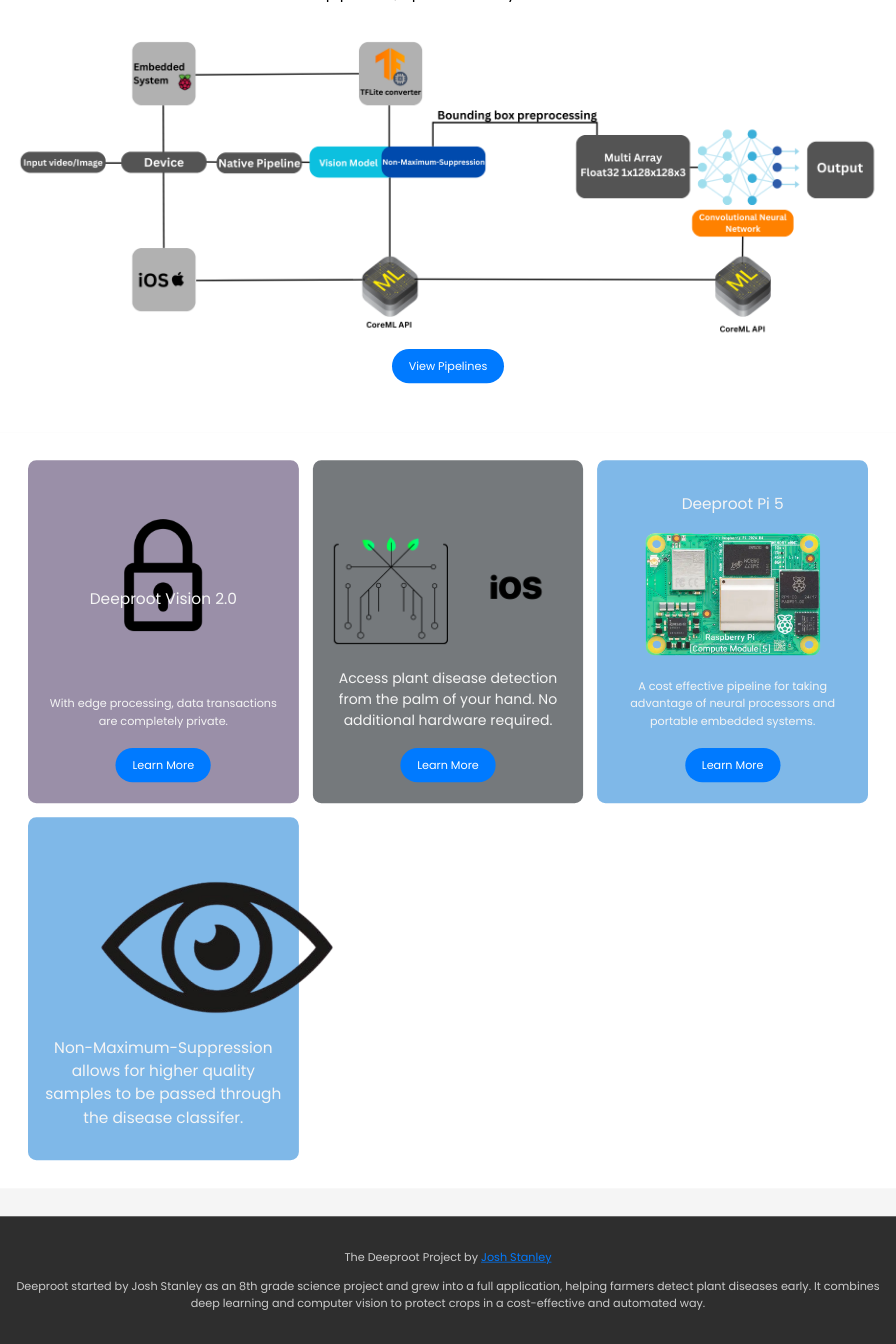
Repository: jss1118/The-Deeproot-Project
Page: Website/index.html
The author's editor kept a copy of each file at every save. The page is drawn from the files as they stood at one save, then again after a run of saves.
The browser window is 1280 px wide. The pictures show the part of the page from y = 1292 to 3212 px (the page is 3212 px tall), at 70% of full size.

Above is the page before, as saved 2025-03-22 06:23:41.

### Website/index.html
<!DOCTYPE html>
<html lang="en">

<head>
  <meta charset="UTF-8">
  <meta name="viewport" content="width=device-width, initial-scale=1.0">
  <title>Deeproot A.I</title>
  <link href="https://fonts.googleapis.com/css2?family=Poppins:wght@400;600&display=swap" rel="stylesheet">
  <style>
    body {
      margin: 0;
      font-family: 'Poppins', sans-serif;
      overflow-x: hidden;
      background-color: #f5f5f5;
    }

    nav {
      background: rgba(22, 22, 22, 0.9);
      position: sticky;
      top: 0;
      width: 100%;
      z-index: 1000;
      display: flex;
      justify-content: center;
    }

    .navlinks {
      list-style: none;
      display: flex;
      gap: 30px;
      padding: 15px;
      margin: 0;
    }

    .navlink, .navicon svg {
      color: #d3d3d3;
      text-decoration: none;
      transition: color 0.3s;
    }

    .navlink:hover, .mainpagelink a:hover {
      color: white;
    }

    .mainpage2, .mainpage3, .mainpage4 {
      padding: 60px 20px;
      text-align: center;
    }

    .mainpage2 {
      background: linear-gradient(135deg, #2e2e2e, #4f4f4f);
      color: white;
    }

    .mainpage2 img, .mainpage3 img, .promo1 img {
      max-width: 100%;
      height: auto;

    }

    .mp2-title1 {
      font-size: 56px;
      font-weight: 600;
      margin-bottom: 15px;
    }

    .mp2-desc, .mp3desc, .titlefont {
      font-size: 22px;
      margin-bottom: 25px;
    }
    .promo4title {
      font-size: 22px;
      margin-bottom: 5px;
      position: relative;
      bottom: 67px;
    }
    .mainpagelink a {
      display: inline-block;
      margin: 10px;
      padding: 12px 24px;
      background: #007aff;
      color: white;
      border-radius: 25px;
      text-decoration: none;
      transition: background 0.3s;
    }

    .mainpage3 {
      background: white;
    }

    .mainpage3 img {
      margin-top: 20px;
      border-radius: 12px;
    }

    .mainpage4 {
      display: grid;
      grid-template-columns: repeat(auto-fit, minmax(300px, 1fr));
      gap: 20px;
      background-color: white;
      padding: 40px;
    }

    .promo1, .promo2, .promo3, .promo4, .promo5, .promo6 {
      background-size: cover;
      background-position: center;
      height: 450px;
      display: flex;
      flex-direction: column;
      justify-content: flex-end;
      padding: 20px;
      color: white;
      border-radius: 12px;
      position: relative;
    }

    .promo1 img, .promo2 img, .promo3 img, .promo4 img, .promo5 img, .promo6 img {
      margin-bottom: 10px;
    }

    .promo1 {
      background-color: #9a8fa8;
      color: #f5f5f5;
    }
    .promo2 {
      background-color: #75797c;
      color: #f5f5f5;
      background-size: cover;
      background-position: center;
      height: 450px;
      display: flex;
      flex-direction: column;
      justify-content: flex-end;
      padding: 20px;
      border-radius: 12px;
      position: relative;
    }
    .promo2 p {
      font-size: 20px;
      margin-bottom: 15px;
    }

    .promo3 {
      background-color: #7fb8e8;
      color: #f5f5f5;
      background-size: cover;
      background-position: center;
      height: 450px;
      display: flex;
      flex-direction: column;
      justify-content: flex-end;
      padding: 20px;
      border-radius: 12px;
      position: relative;
    }
    .promo4 {
      background-color: #7fb8e8;
      color: #f5f5f5;
      background-size: cover;
      background-position: center;
      height: 450px;
      display: flex;
      flex-direction: column;
      justify-content: flex-end;
      padding: 20px;
      border-radius: 12px;
      position: relative;

    }
    .promo1 img {
      width: 160px;
      height: auto;
      margin: 0 auto 15px auto;
      display: block;
      background: none;
      position: relative;
      bottom: 60px;
    }

    .promo2 img {
      width: 360px;
      height: 400px;
      margin: 0 auto 15px auto;
      display: block;
      border-radius: 10px;

      position: relative;
      top: 100px;
    }
    .promo3 img {
      width: 250px;
      height: 175px;
      margin: 0 auto 15px auto;
      display: block;
      border-radius: 10px;

      position: relative;

    }
    .promo4 img {
      position: relative;
      top: 160px;
      display: block;
      margin: 0 auto 15px auto;
      width: 100;
      height: 1
}


    footer {
      background-color: #2e2e2e;
      color: #ccc;
      text-align: center;
      padding: 30px 20px;
      margin-top: 40px;
    }

    footer a {
      color: #007aff;
      text-decoration: underline;
    }

    @media (max-width: 768px) {
      .mp2-title1 { font-size: 40px; }
      .mp2-desc, .mp3desc { font-size: 18px; }
      .mainpagelink a { padding: 10px 20px; }
    }
  </style>
</head>

<body>
  <nav>
    <ul class="navlinks">
      <li><a class="navlink" href="/">iOS</a></li>
      <li><a class="navlink" href="/applestore">Raspberry Pi 5</a></li>
      <li><a class="navlink" href="/">Native</a></li>
      <li><a class="navlink" href="/">State-of-the-art Models</a></li>
      <li><a class="navlink" href="/">Developers</a></li>
    </ul>
  </nav>

  <section class="mainpage2">
    <h1 class="mp2-title1">Deeproot</h1>
    <p class="mp2-desc">Portable. Fast. Secure.</p>
    <p class="mp2-desc">The all-in-one automated solution for early plant disease detection.</p>
    <div class="mainpagelink"><a href="#">Learn More</a></div>
    <img src="wide logo.png" alt="Deeproot Logo">
  </section>

  <section class="mainpage3">
    <p class="mp3desc">Three pipelines, optimized for your use case.</p>
    <img src="newgraph.png" alt="Machine Learning Pipelines">
    <div class="mainpagelink"><a href="#">View Pipelines</a></div>
  </section>

  <section class="mainpage4">
    <div class="promo1">
      <img src="lock.fill.png" alt="Promo icon">
      <p>With edge processing, data transactions are completely private. </p>
      <div class="mainpagelink"><a href="#">Learn More</a></div>
    </div>
    <div class="promo2">
      <img src="deeprootios.png" alt="ios icon">
      <p>Access plant disease detection from the palm of your hand. No additional hardware required.</p>
      <div class="mainpagelink"><a href="#">Learn More</a></div>
    </div>



    <div class="promo3">
      <p class="titlefont">Deeproot Pi 5</p>
      <img src="piembedded.png" alt="Raspberry pi embedded">
      <p>A cost effective pipeline for taking advantage of neural processors and portable embedded systems.</p>
      <div class="mainpagelink"><a href="#">Learn More</a></div>
    </div>
    <div class="promo4">
      <p class="promo4title">Deeproot Vision 2.0</p>
      <img src="eye.png" alt="eye image">
      <p class="mp3desc">Non-Maximum-Suppression allows for higher quality samples to be passed through the disease classifer.</p>
    </div>
    <div class="promo5"></div>
    <div class="promo6"></div>
  </section>

  <footer>
    <p>The Deeproot Project by <a href="https://github.com/jss1118/Deeproot-AI">Josh Stanley</a></p>
    <p>Deeproot started by Josh Stanley as an 8th grade science project and grew into a full application, helping farmers detect plant diseases early. It combines deep learning and computer vision to protect crops in a cost-effective and automated way.</p>
  </footer>
</body>
</html>

After the next 2 saves:
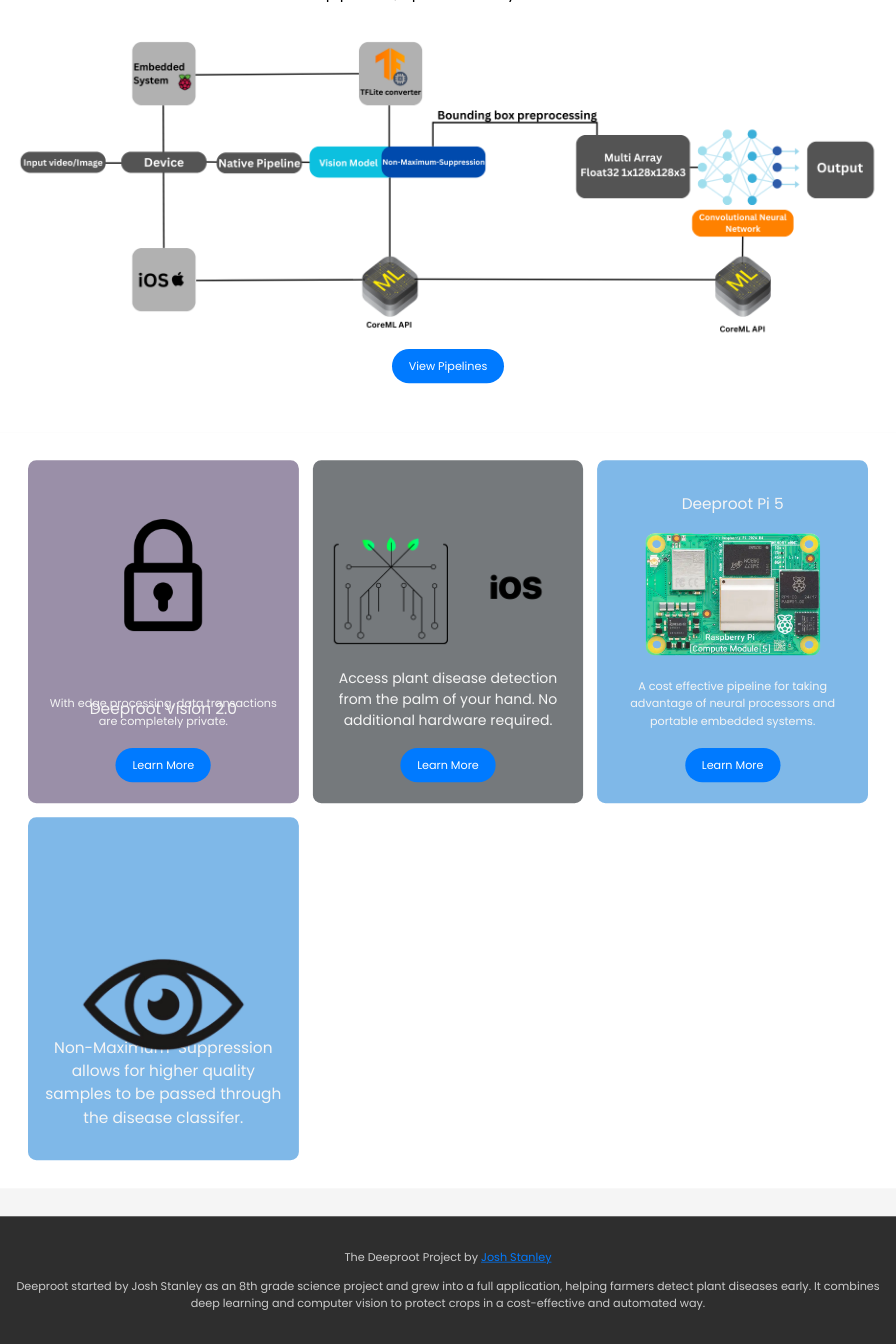
The 2 saves are shown as one change because they came seconds apart.
The last was saved 16 s later.
--- a/Website/index.html
+++ b/Website/index.html
@@ -201,11 +201,9 @@
     .promo4 img {
       position: relative;
       top: 160px;
-      display: block;
-      margin: 0 auto 15px auto;
-      width: 100;
-      height: 1
-}
+
+
+    }
 
 
     footer {
